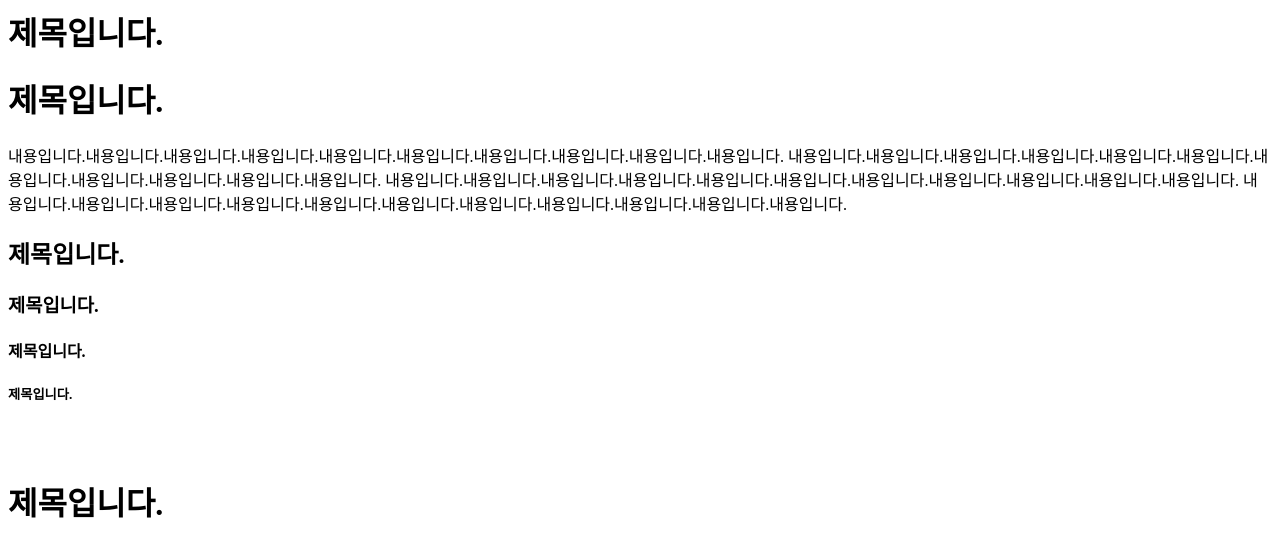
Repository: sinsujung/client
Page: ClientTest/src/main/webapp/html/ex07_heading.html
An editor plug-in stored every save of this project. The page is shown before and after the next save, followed by the edit.
The browser window is 1280 px wide. The pictures show the whole page.

Above is the page before, as saved 2023-09-20 00:31:17.

After the next save:
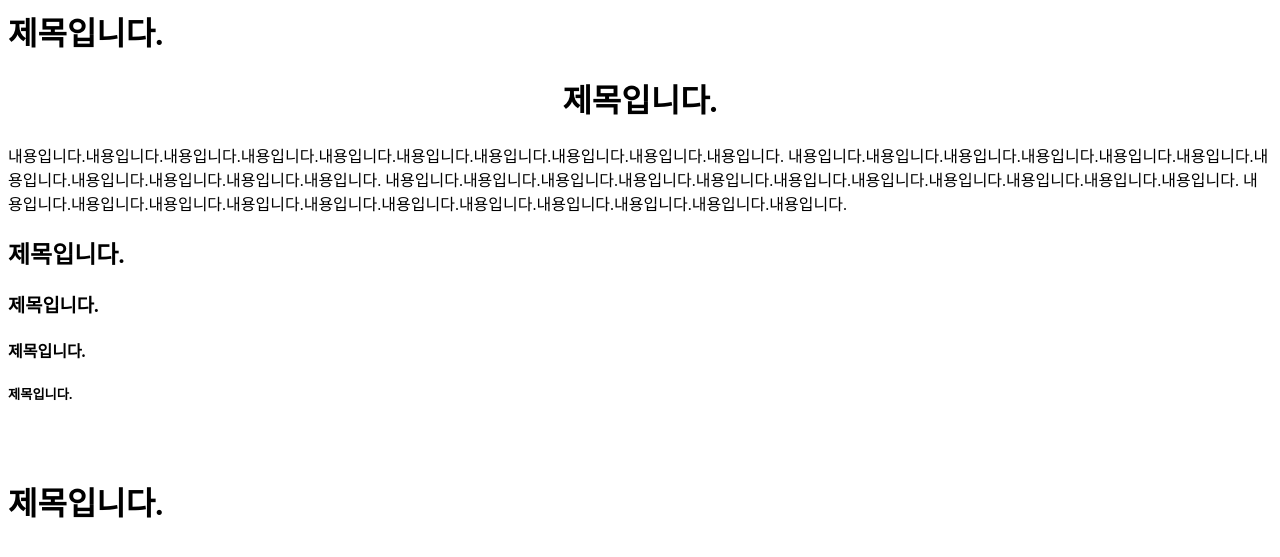
Saved 2 min 18 s later.
--- a/ClientTest/src/main/webapp/html/ex07_heading.html
+++ b/ClientTest/src/main/webapp/html/ex07_heading.html
@@ -19,12 +19,15 @@
 
 	****** 태그의 출력 결과는 중요하지 않음 > 화면에 어떻게 보이는지는
 			그다지 중요하지 않다. > 화면 > css 재정의 !!
-	****** 모든 태그 > 의미에 맞는 활용 >
+	****** 모든 태그 > 의미에 맞는 활용 > 시멘틱 웹(Semantic Web)
+
+		hn.align
+		- 수평 정렬
  -->
 
  	<font size="6"><b>제목입니다.</b></font>
 
- 	<h1>제목입니다.</h1>
+ 	<h1 align="center">제목입니다.</h1>
  	<p>내용입니다.내용입니다.내용입니다.내용입니다.내용입니다.내용입니다.내용입니다.내용입니다.내용입니다.내용입니다.
  내용입니다.내용입니다.내용입니다.내용입니다.내용입니다.내용입니다.내용입니다.내용입니다.내용입니다.내용입니다.내용입니다.
  내용입니다.내용입니다.내용입니다.내용입니다.내용입니다.내용입니다.내용입니다.내용입니다.내용입니다.내용입니다.내용입니다.
